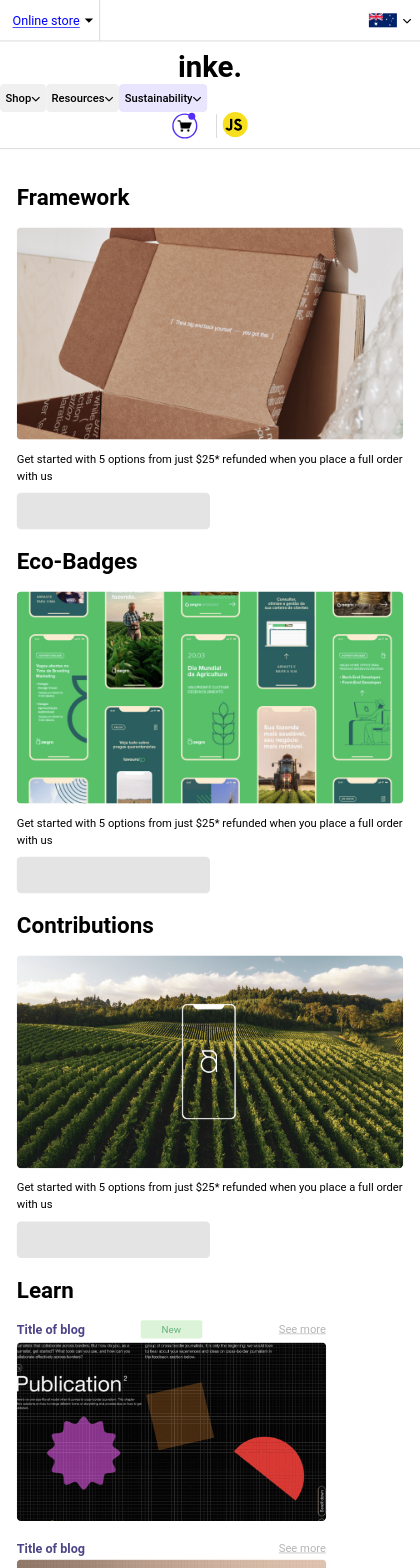
Repository: NguyenMinhKhanhB1909929/Practice_HTML-01
Page: index.html
The author's editor kept a copy of each file at every save. The page is drawn from the files as they stood at one save, then again after a run of saves.
The browser window is 600 px wide. The pictures show the part of the page from y = 0 to 2240 px (the page is 2840 px tall), at 70% of full size.
Some web libraries are served in a nearby version.

Above is the page before, as saved 2022-04-07 21:39:00.

After the next 2 saves:
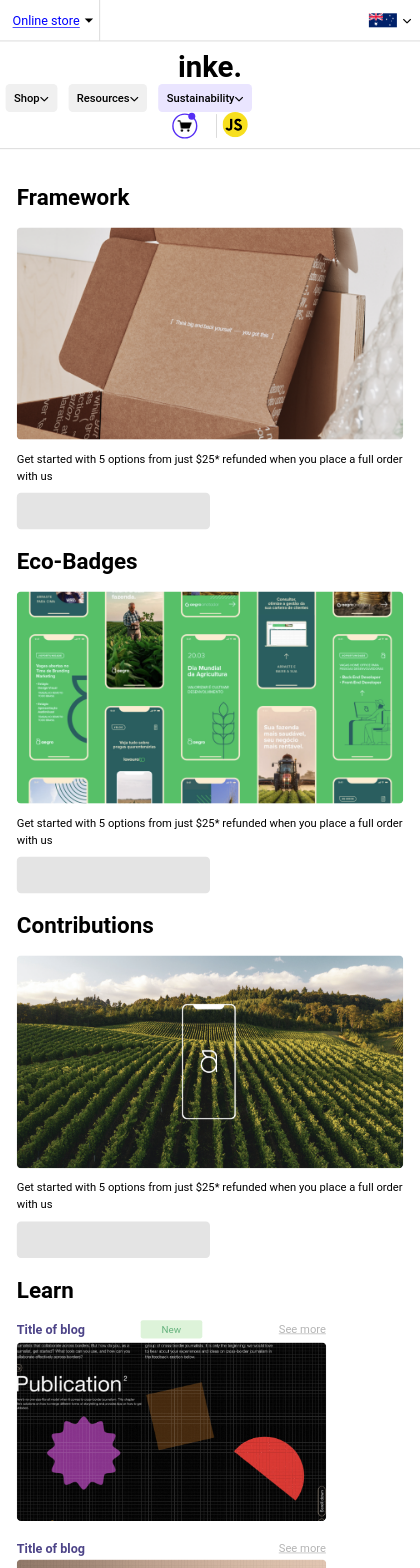
The 2 saves are shown as one change because they came seconds apart.
The last was saved 10 s later.
--- a/asset/style/style.css
+++ b/asset/style/style.css
@@ -402,9 +402,8 @@ a {
     justify-content: flex-start;
   }
   .nav__category-opt {
-    margin: 0;
+    margin: 0 8px;
     width: auto;
-    padding: 8px;
   }
   .nav__icon:nth-child(1),
   .nav__icon:nth-child(2) {
